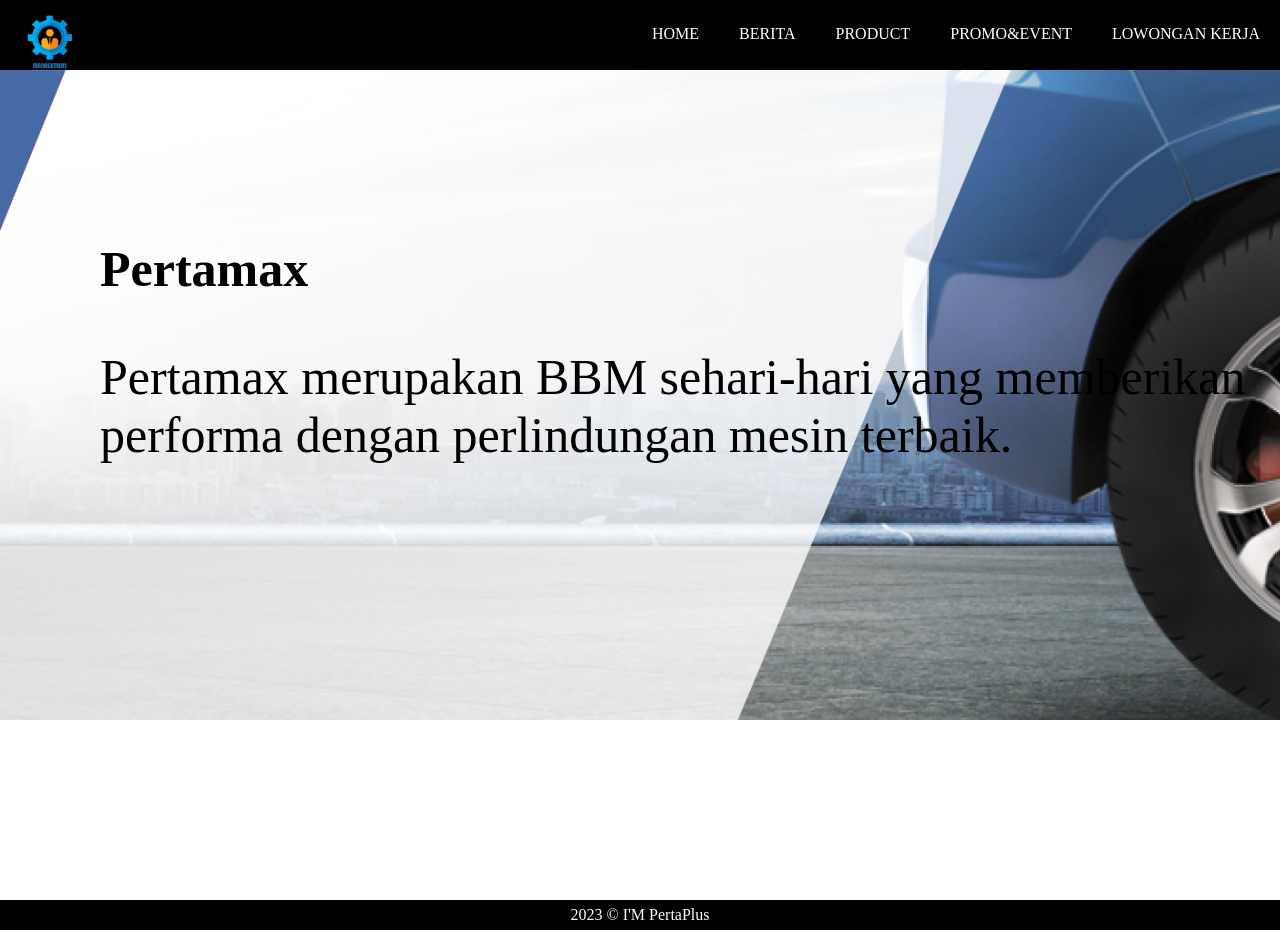
Repository: rizalardi34/project-mypertaplus
Page: pertamax.html
These files come from the project's save history. The page is drawn as it stood at one moment and after a run of saves; the edit follows.
The browser window is 1280 px wide. The pictures show the whole page.

Above is the page before, as saved 2023-04-25 13:09:05.

After the next 5 saves:
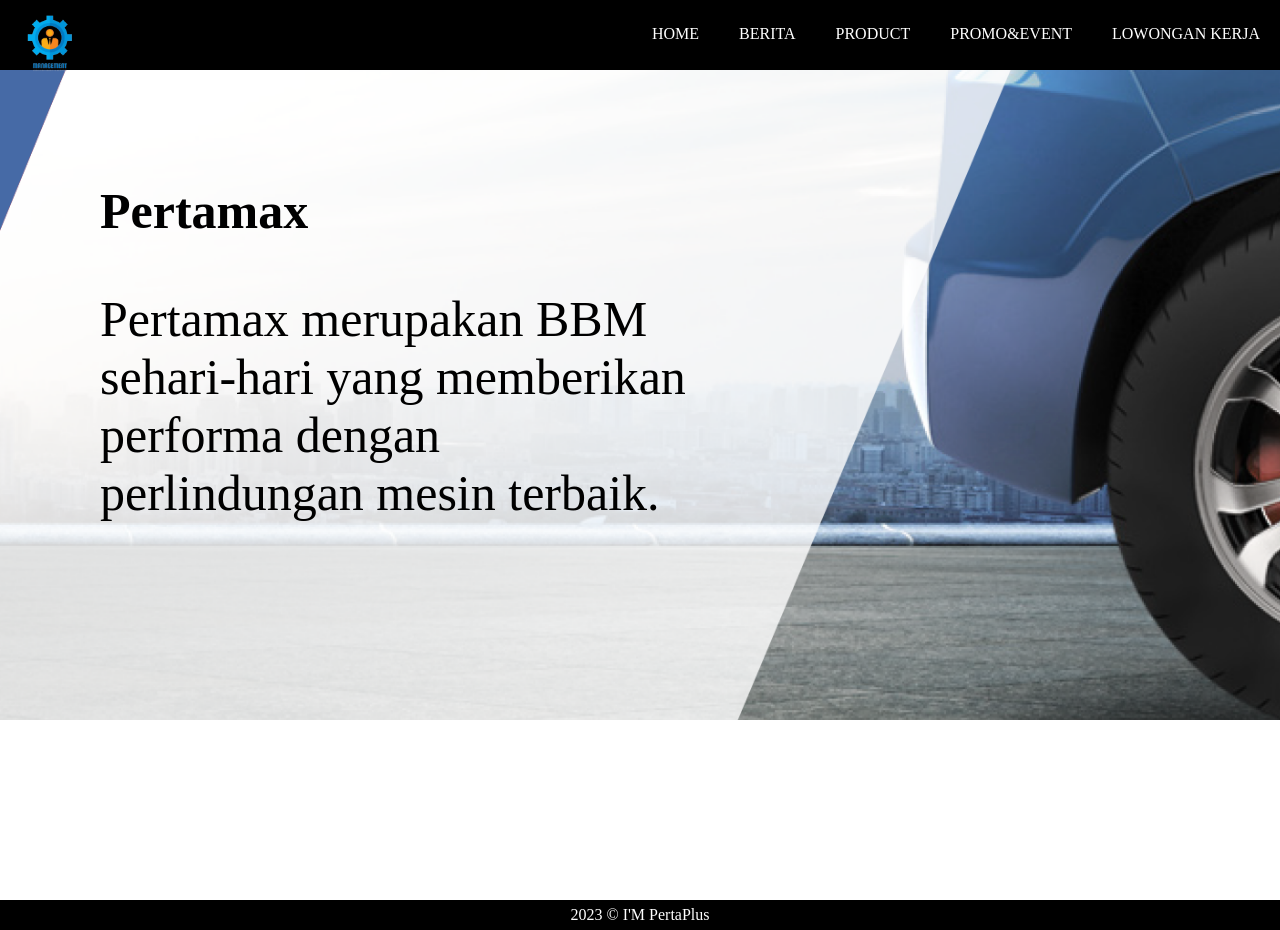
The 5 saves are shown as one change because they came seconds apart.
The last was saved 12 s later.
--- a/pertamax.html
+++ b/pertamax.html
@@ -20,7 +20,7 @@
             </div>
             <div style="background-image: url(Main.png); background-repeat: no-repeat; background-size: cover; height: 100%;width: 100%; display: flex; justify-content: center; align-items: center;">
                 <div style=" height: 100%; width: 100%; display: flex; justify-content: start; align-items: center; padding-left: 100px;">
-                    <div>
+                    <div style="width: 50%;">
                         <h1 style=" font-size: 50px; ">Pertamax</h1>
                         <p style=" font-size: 50px; ">Pertamax merupakan BBM sehari-hari yang memberikan performa dengan perlindungan mesin terbaik.</p>
                     </div>
